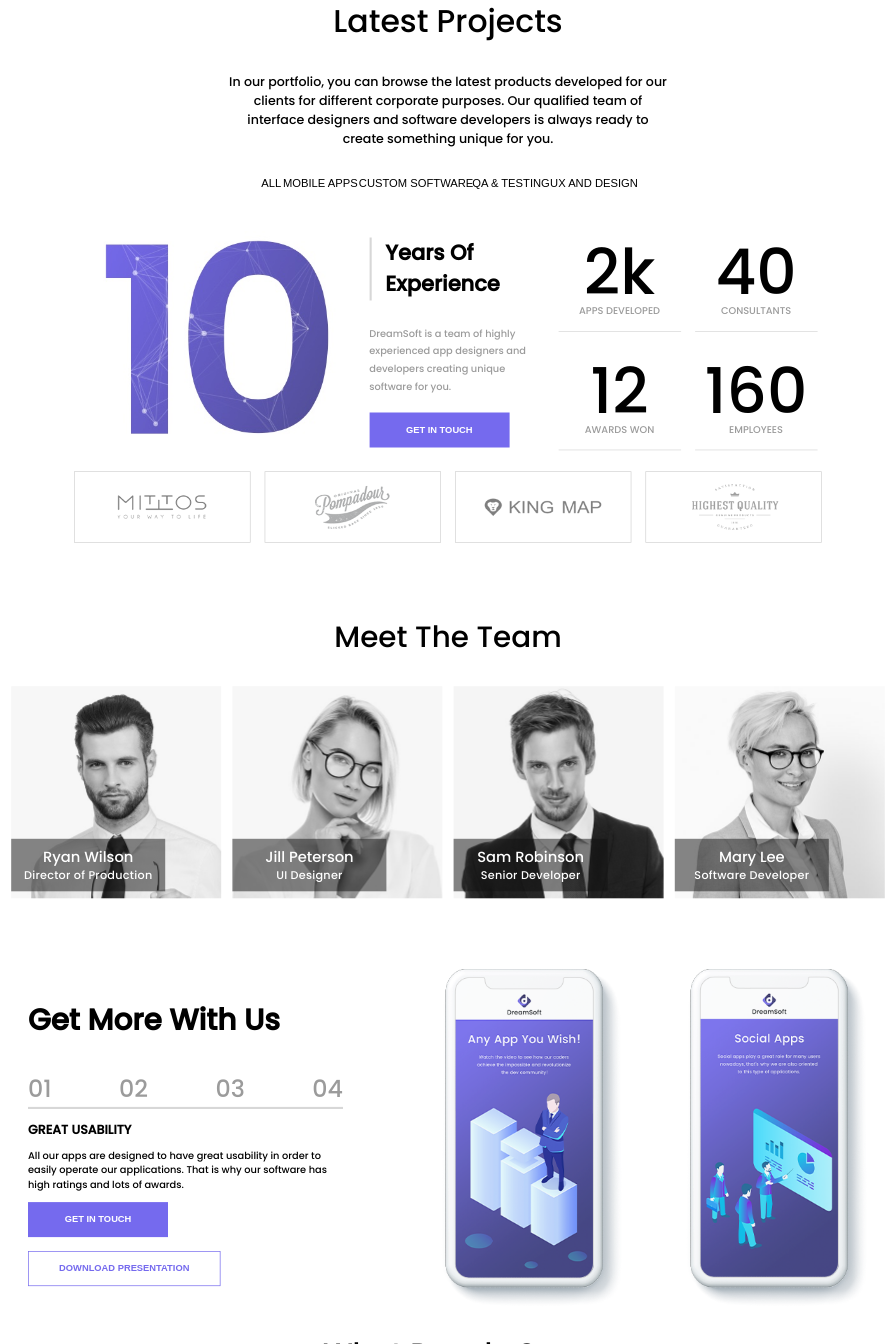
Repository: kkyler24/ladders-bootcamp-awesome
Page: index.html
An editor plug-in stored every save of this project. The page is shown before and after the next save, followed by the edit.
The browser window is 1280 px wide. The pictures show the part of the page from y = 1435 to 3355 px (the page is 6144 px tall before and 6148 px after), at 70% of full size.

Above is the page before, as saved 2021-03-20 10:25:22.

### index.html
<!DOCTYPE html>
<html lang="en">
  <head>
    <meta charset="UTF-8" />
    <meta name="viewport" content="width=device-width, initial-scale=1.0" />
    <link rel="stylesheet" href="style.css" />
    <link rel="stylesheet" href="kstyle.css" />
    <link rel="preconnect" href="https://fonts.gstatic.com">
    <link href="https://fonts.googleapis.com/css2?family=Poppins:wght@500&display=swap" rel="stylesheet">
    <title>Demo</title>
  </head>
  <body>
    <header></header>
    <nav class="container-nav">
      <a class="logopic">
        <img src="./img/jumbotron/logo-default-191x52.png" alt="MCLA LOGO"   height="63.99" width="220">
      </a>
      <div class="nav-link">
      <ul>
        <li class=" list-inline">
          <a href="./index.html">Home</a>
        </li>
        <li class="nav-item active list-inline">
          <a href="./index.html">About Us</a>
        </li>
        <li class="nav-item active list-inline">
          <a href="./index.html">Gallery</a>
        </li>
        <li class="nav-item active list-inline">
          <a href="./index.html">Pricing</a>
        </li>
        <li class="nav-item active list-inline">
          <a href="./index.html">Blog</a>
        </li>
      </ul>
    </div>
      <!-- <button></button> -->

    </nav>
    <!-- jumbotron 3 slides -->
    <div id="jumbotron" class="carousel">
      <!-- <ul class ="carousel-indicators">
          <li data-target="#carouselExampleCaptions" data-slide-to="0" class="active"></li>
          <li data-target="#carouselExampleCaptions" data-slide-to="1"></li>
          <li data-target="#carouselExampleCaptions" data-slide-to="2"></li>
          <li data-target="#carouselExampleCaptions" data-slide-to="3"></li>
      </ul> -->
      <div class="container-jumbo">
          <div class="carousel-item">
              <img id="jumboimgOne"src="./img/jumbotron/jess-bailey-q10VITrVYUM-unsplash.jpg"  alt="..." />
              <div class="jumboheadline">
                <h2 class="jumbotext">Mobile App Development</h2><br>
                  <div id="indext">
                    <p class="jumboPara"> Since our establishment, we have delivering high-quality and sutainable <br> software solutions for corporate purpose of worldwide business.</p>
                  </div>

              </div>
          </div>
          <!-- <div class="carousel-item">
              <img src="Assets/diversity2gether.jpg" class="d-block w-100" alt="..." />
              <div class="carousel-caption d-none d-md-block">
                  <h5>We Celebrate diversity</h5>
              </div>
          </div>
          <div class="carousel-item">
              <img src="Assets/womensrights.jpg" class="d-block w-100" alt="..." />
              <div class="carousel-caption d-none d-md-block">
                  <h5> We charise our choices</h5>
              </div>
          </div>
          <div class="carousel-item">
              <img src="Assets/climate.jpg" class="d-block w-100" alt="..." />
              <div class="carousel-caption d-none d-md-block">
                  <h5> We protect whats ours</h5>
              </div> -->
          </div>
      </div>
  </div>
  <!-- <a class="carousel-control-prev" href="#carouselExampleCaptions" role="button" data-slide="prev">
      <span class="carousel-control-prev-icon" aria-hidden="true"></span>
      <span class="sr-only">Previous</span>
  </a>
  <a class="carousel-control-next" href="#carouselExampleCaptions" role="button" data-slide="next">
      <span class="carousel-control-next-icon" aria-hidden="true"></span>
      <span class="sr-only">Next</span>
  </a> -->
</div>

    </section>

    <section class="all-service-section">
      <!-- see all services -->
          <div class="all-services-img">
            <img src="https://ld-wt73.template-help.com/wt_prod-18959/images/index-1-415x592.jpg" alt="" width="415" height="592">
          </div>

          <div class="all-services-container">

              <div class="corporate-solutions-block">
                <h3 class="all-services-h3">See All Services</h3>
                <button class="all-services-button">All Services</button>
              </div>
              <div class="corporate-solutions-block">
                <img src="./img/icon-phone.PNG" alt="">
                <h4 class="services-title-h4">CORPORATE SOLUTIONS</h4>
                <p class="corporate-solutions-text">Need specific software for your company? We are ready to develop it!</p>
              </div>
              <div class="corporate-solutions-block">
                <img src="./img/icon-headset.PNG" alt="">
                <h4 class="services-title-h4">CALL CENTER SOLUTIONS</h4>
                <p class="corporate-solutions-text">Our experts provide custom products of any complexity for call centers.</p>
              </div>
              <div class="corporate-solutions-block">
                <img src="./img/icon-cloud-box.PNG" alt="">
                <h4 class="services-title-h4">CLOUD DEVELOPMENT</h4>
                <p class="corporate-solutions-text">We can also offer you reliable cloud development solutions.</p>
              </div>

          </div>
    </section>

    <section id="sectThree">
      <!-- latest Projects -->
      <div class="latestPro">
        <h1 id="latestPro"> Latest Projects</h1>
        <p id="latestPara">In our portfolio, you can browse the latest products developed for our clients for different corporate purposes. Our qualified team of interface designers and software developers is always ready to create something unique for you.</p>
        <div id="latestRow">
         <div class="latestButtons"><button>All</button></div>
         <div class="latestButtons"><button>Mobile Apps</button></div>
         <div class="latestButtons"><button>custom Software</button></div>
         <div class="latestButtons"><button>QA & Testing</button></div>
         <div class="latestButtons"><button>UX and Design</button></div>
        </div>

      </div>
    </section>

    <section class="achievements-section">
      <!-- achievements -->
      <figure>
      <img src="./img/10.jpg" alt="Animated number ten" height="300" />
      </figure>
      <div class="years-of-experience-container">
        <h1>Years Of Experience</h1>
        <p>
          DreamSoft is a team of highly experienced app designers and developers
          creating unique software for you.
        </p>
        <button class="get-in-touch-button">Get in touch</button>
      </div>
      <div class="achievements-numbers-container">
        <div class="achievements-numbers-block">
          <h2>2k</h2>
          <p>APPS DEVELOPED</p>
        </div>
        <div class="achievements-numbers-block">
          <h2>40</h2>
          <p>CONSULTANTS</p>
        </div>
        <div class="achievements-numbers-block">
          <h2>12</h2>
          <p>AWARDS WON</p>
        </div>
        <div class="achievements-numbers-block">
          <h2>160</h2>
          <p>EMPLOYEES</p>
        </div>
      </div>
      <div class="logo-links-container">
        <figure>
          <img src="./img/clients-9-270x117.png" alt="Mittos Logo" >
        </figure>
        <figure>
          <img src="./img/clients-10-270x117.png" alt="Pompadour Logo" >
        </figure>
        <figure>
          <img src="./img/clients-3-270x117.png" alt="King Map Logo" >
        </figure>
        <figure>
          <img src="./img/clients-11-270x117.png" alt="Highest Quality Logo" >
        </figure>
      </div>
    </section>

    <section class="meet-the-team-section">
      <!-- meet the team -->
      <h2 class="meet-the-team-h2">Meet The Team</h2>

      <div class="meet-the-team-main-container">

          <div class="meet-team-block">
            <img src="./img/ryan-wilson.jpg" alt="">

            <div class="meet-team-text-block">
              <h4 class="meet-the-team-h4">Ryan Wilson</h4>
              <p class="meet-the-team-p">Director of Production</p>
            </div>
          </div>
          <div class="meet-team-block">
            <img src="./img/jill-peterson.jpg" alt="">

            <div class='meet-team-text-block'>
              <h4 class="meet-the-team-h4">Jill Peterson</h4>
              <p class="meet-the-team-p">UI Designer</p>
            </div>
          </div>
          <div class="meet-team-block">
            <img src="./img/sam-robinson.jpg" alt="">

            <div class='meet-team-text-block'>
              <h4 class="meet-the-team-h4">Sam Robinson</h4>
              <p class="meet-the-team-p">Senior Developer</p>
            </div>
          </div>
          <div class="meet-team-block">
            <img src="./img/mary-lee.jpg" alt="">

            <div class='meet-team-text-block'>
              <h4 class="meet-the-team-h4">Mary Lee</h4>
              <p class="meet-the-team-p">Software Developer</p>
            </div>
          </div>

      </div>
    </section>

    <section class="get-more-with-us-section">
      <!-- Get more with us -->
      <section class="get-more-with-us">
        <h1>Get More With Us</h1>
        <div class="numbers">
          <p>01</p>
          <p>02</p>
          <p>03</p>
          <p>04</p>
        </div>
        <h2>GREAT USABILITY</h2>
        <p class="get-more-about-project">
          All our apps are designed to have great usability in
          order to easily operate our applications.
          That is why our software has high ratings and lots of awards.
        </p>
        <button class="get-in-touch-button">Get in touch</button>
        <button class="download-presentation-button">Download presentation</button>
      </section>
      <img src="img/index-4-261x484.png" alt="Screen with Any App You Wish">
      <img src="img/index-5-261x484.png" alt="Screen with Socia Apps">
    </section>

    <section class="what-people-say-section">
      <!-- What People Say -->
      <h2 class="what-people-say-h2">What People Say</h2>

      <div class="what-people-say-main-container">

        <div class="client-container">
          <img src="./img/catherine-wilson.jpg" alt="">
          <div class="client-title">
            <h4 class="client-name-h4">Catherine Williams</h4>
            <p>Regular client</p>
          </div>
          <div class="client-body">
            <p class="client-body-p">DreamSoft offers a high caliber of resources skilled
            in Microsoft Azure .NET, mobile and Quality Assurance. They
            became our true business partners over the past three years.</p>
          </div>
        </div>
        <div class="client-container">
          <img src="./img/rupert-woods.jpg" alt="">
          <div class="client-title">
            <h4 class="client-name-h4">Rupert Wood</h4>
            <p>Regular client</p>
          </div>
          <div class="client-body">
            <p class="client-body-p">DreamSoft powered us with a competent team to develop
            products for banking services. The team has been delivering
            results within budget and time, which is amazing.</p>
          </div>
        </div>
        <div class="client-container">
          <img src="./img/samantha-brown.jpg" alt="">
          <div class="client-title">
            <h4 class="client-name-h4">Samantha Brown</h4>
            <p>Regular client</p>
          </div>
          <div class="client-body">
            <p class="client-body-p">DreamSoft is a highly skilled and uniquely capable
            firm with multitudes of talent on-board. We have
            results within budget and time, which is amazing.
            collaborated on a number of diverse projects that
            have been a great success.</p>
          </div>
        </div>

      </div>

    </section>

    <section class="latest-blog-posts-section">
      <h2 class="what-people-say-h2">Latest Blog Posts</h2>
      <div class="posts-container">
        <div class="post-block">
          <figure>
          <img class="post-cover" src="img/post-10-370x307.jpg">
          <img class="post-date-label" src="img/label.svg">
          <p class="post-label-date">07/04</p>
          </figure>
          <h4 class="block-post-h4">Benefits Of Async/Await</h4>
            <p class="blog-post-p">
            Asynchronous functions are a good and bad thing in JavaScript.
            The good side is that asynchronous functions are non-blocking and…
            </p>
        </div>
        <div class="post-block">
          <figure>
          <img class="post-cover" src="img/post-11-370x307.jpg">
          <img class="post-date-label" src="img/label.svg">
          <p class="post-label-date">07/17</p>
          </figure>
          <h4 class="block-post-h4">Key Considerations Of IPaaS</h4>
            <p class="blog-post-p">
              Digital transformation requires cloud appropriate adoption,
              legacy IT systems modernization, and Agile-based methodologies for faster…
            </p>
        </div>
        <div class="post-block">
          <figure>
          <img class="post-cover" src="img/post-12-370x307.jpg">
          <img class="post-date-label" src="img/label.svg">
          <p class="post-label-date">07/22</p>
          </figure>
          <h4 class="block-post-h4">Hibernate Query Language</h4>
            <p class="blog-post-p">
              In this tutorial, we will discuss the
              Hibernate Query Language. HQL is an object-oriented query language.
              Hibernate Query...
            </p>
        </div>
      </div>
    </section>

    <footer>
      <!-- contacts and info -->
      <section class="footer-contacts">
        <img src="img/logo-inverse-191x52.png" alt="DreamSoft Logo">
        <p class="about-company">
          Our company has been developing high-quality and reliable software
          for corporate needs since 2008. We are renowned professionals of
          software development.</p>
        <div class="address-block-container">
          <div class="one-contact-block">
            <h2>ADDRESS</h2>
            <p>4730 Crystal Springs Dr, Los Angeles, CA 90027</p>
          </div>
          <div class="one-contact-block">
            <h2>PHONES</h2>
            <p>
              <span class="changing-color">+1 323-913-4688</span>
              <span>,</span>
              <span class="changing-color">+1 323-888-4554</span>
            </p>
          </div>
          <div class="one-contact-block">
            <h2>E-MAILS</h2>
            <p>
              <span>info@demolink.org</span>
              <span>,</span>
              <span>mail@demolink.org</span>
            </p>
          </div>
          <div class="social-media-links-container">
            <img src="img/iconfinder_Circled_Facebook.svg" alt="Facebook Icon">
            <img src="img/iconfinder_Circled_Instagram.svg" alt="Facebook Icon">
            <img src="img/iconfinder_Circled_Linkedin.svg" alt="Facebook Icon">
            <img src="img/iconfinder_Circled_Twitter.svg" alt="Facebook Icon">
          </div>
        </div>
      </section>
      <form class="contact-form">
        <h1>Questions? Contact Us</h1>
        <input class="input-field-1" type="text" id="name" name="name" placeholder="Name"><br>
        <input class="input-field-1" type="text" id="email" name="email" placeholder="Email"><br>
        <input class="input-field-2" type="text" id="message" name="message" placeholder="Message"><br>
        <button class="send-message-button">Send message</button>
      </form>
      <section class="what-we-offer">
        <h1>What We Offer</h1>
        <div class="what-we-offer-container">
            <figure class="what-we-offer-item">
              <p>DB Management</p>
              <figure class="triangle"></figure>
            </figure>
            <figure class="what-we-offer-item">
              <p>IOS/MacOS</p>
              <figure class="triangle"></figure>
            </figure>
            <figure class="what-we-offer-item">
              <p>Android Apps</p>
              <figure class="triangle"></figure>
            </figure>
            <figure class="what-we-offer-item">
              <p>Windows Apps</p>
              <figure class="triangle"></figure>
            </figure>
            <figure class="what-we-offer-item">
              <p>UX/UI Apps</p>
              <figure class="triangle"></figure>
          </figure>
        </div>
        </section>
      </footer>
  </body>
</html>

### kstyle.css
html, body{
  overflow-x: hidden;


}

/* Navbar git  */
.container-nav {
  display: flex;
}

.list-inline {
  display: inline;
  list-style-type: none;
  padding-right: 10px;
  font-family: Georgia, "Times New Roman", Times, serif;
}

a.logopic {
  flex-flow: row;
  flex-grow: 3;
}

ul.li.a {
  font-family: "Poppins", sans-serif;
  font-weight: 500;
  color: black;
}

/* Jumbotron */
.jumboPara {
  text-align: center;
}

.jumbotron .container-jumbo {
  max-width: 100%;
  background-color: #222;
}

#jumbotron {
  padding: 30px 0px 30px 0px;
  max-width: 100%;
  text-align: center;
  background-color: transparent;
  overflow: hidden;
  font-family: "Raleway", Helvetica, Arial, sans-serif;
}

.container-jumbo {
  display: flex;
  width: 100%;
  margin: 0 auto;
  height: 561px;
}

.jumbotext {
  color: rgb(2, 2, 2);
  font-weight: 600;
  text-transform: uppercase;
  font-size: 60px;
}

.jumboheadline {
  display: flex;
  flex-direction: column;
  height: 506px;
  justify-content: flex-end;
}

#jumboimgOne {
  z-index: 0;
  position: absolute;
  display: flex;
  /* flex-grow: 1; */
  width: 100%;
  overflow-x: hidden;
}

.carousel-item {
  width: 100%;
}

.carousel-item,
.jumbotext,
#indext {
  position: relative;
  z-index: 2;
}

/* latest Section */

#sectThree{
  display: flex;
  font-family: "Poppins", sans-serif;
  text-align: center;
}

#latestPara{
 font-size: 18px;
 margin: auto 25% auto 25%;
}

#latestPro{
  font-size: 45px;
  font-weight: lighter;
}

#latestRow{
display: flex;
justify-content: center;
margin-top: 3%;
margin-bottom: 3%;


}
#latestRow button{
  padding: 3%;
 font-size: 16px;
 background-color: transparent;
 border-left-width: 2px !important;
 border-color: lightslategray;
 border: none  ;
 width: max-content;
 text-transform: uppercase;


}

Loaded but not shown: style.css (628 lines, source omitted)

After the next save:
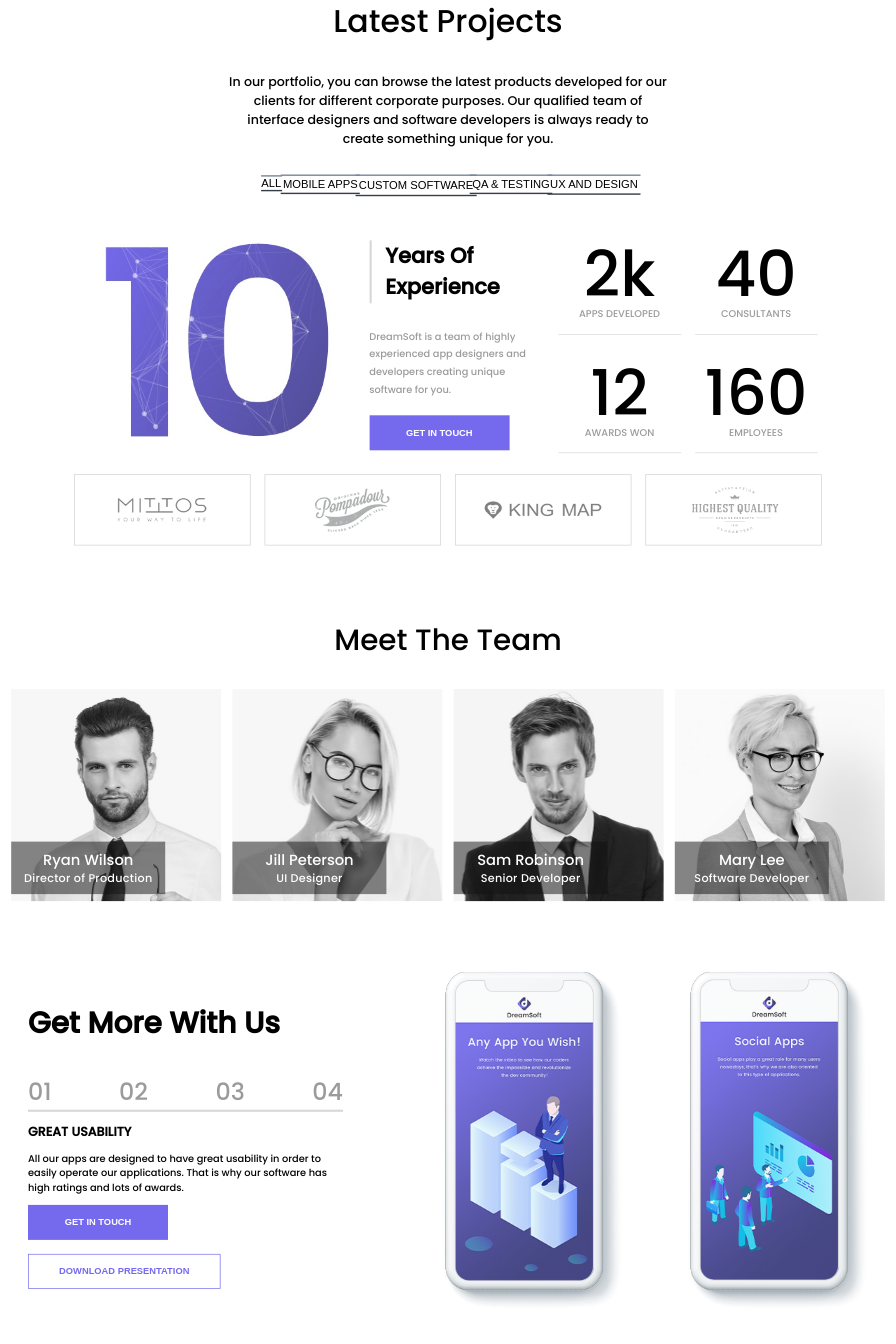
Saved 69 s later.
--- a/kstyle.css
+++ b/kstyle.css
@@ -117,9 +117,9 @@ margin-bottom: 3%;
   padding: 3%;
  font-size: 16px;
  background-color: transparent;
- border-left-width: 2px !important;
+ border-right: 2px !important;
  border-color: lightslategray;
- border: none  ;
+ border-left: none;
  width: max-content;
  text-transform: uppercase;
 
